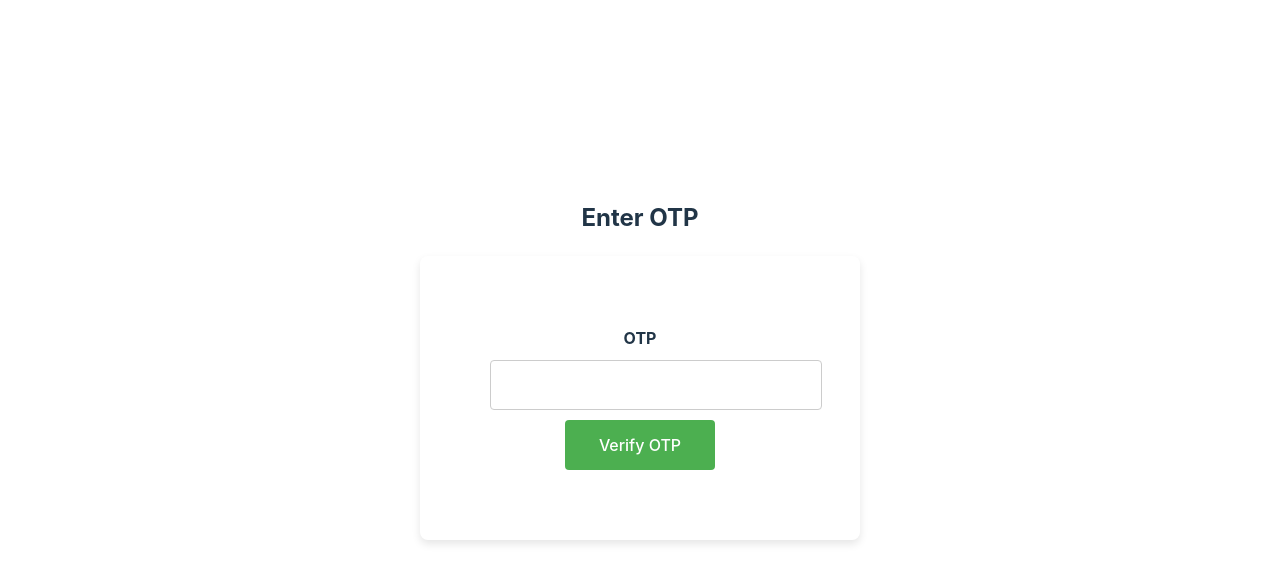
Repository: sarathraj2002/MockTest
Page: /check (app in Frontend/)
An editor plug-in stored every save of this project. The page is shown before and after a run of saves, followed by the edit.
The browser window is 1280 px wide. The pictures show the whole page.
The project was rebuilt for these pictures with package versions that can differ from the ones it lists, and the page was loaded fresh each time. Also part of the build but not shown: Frontend/vite.config.js, Frontend/src/components/Otp.jsx, Frontend/src/components/Home.jsx.

Above is the page before, as saved 2024-11-13 17:20:08.

### Frontend/index.html
<!doctype html>
<html lang="en">
  <head>
    <meta charset="UTF-8" />
    <link rel="icon" type="image/svg+xml" href="/vite.svg" />
    <meta name="viewport" content="width=device-width, initial-scale=1.0" />
    <title>MockTest</title>
  </head>
  <body>
    <div id="root"></div>
    <script type="module" src="/src/main.jsx"></script>
  </body>
</html>

### Frontend/src/main.jsx
import { StrictMode } from 'react'
import { createRoot } from 'react-dom/client'
import App from './App.jsx'
import './index.css'
import { BrowserRouter } from 'react-router-dom'


createRoot(document.getElementById('root')).render(
  <StrictMode>
     <BrowserRouter>
    <App />
    </BrowserRouter>
  </StrictMode>,
)

### Frontend/src/App.jsx
import { useState } from 'react'
import './App.css'
import Otp from './components/Otp'
import { Home } from './components/Home'
import { Route,Routes,useNavigate } from 'react-router-dom'
import Mail from './components/Mail'

function App() {
  const [email, setEmail] = useState('');
  const navigate = useNavigate();
  const handleEmailSubmit=(email)=>{
    setEmail(email);
    navigate('/check');
  }


  return (
    <>
    <Routes>
      <Route path='/' element={<Otp onEmailSubmit={handleEmailSubmit}/>}></Route>
      <Route path='/check' element={<Mail/>}></Route>
      <Route path='/home' element={<Home/>}></Route>
    </Routes>
    </>
  )
}

export default App

### Frontend/src/components/Mail.jsx
import React, { useState } from 'react';
import axios from 'axios';
import { useNavigate } from 'react-router-dom';

function OTPForm({ email, onOTPVerify }) {
  const [otp, setOtp] = useState('');
  const [errorMessage, setErrorMessage] = useState('');
  const navigate = useNavigate();

  const handleSubmit = async (e) => {
    e.preventDefault();

    try {
      const response = await axios.post('http://localhost:5000/api/verify-otp', {
        otp
      });
      const data = response.data;

      if (data.valid) {
        navigate('/home');
      } else {
        setErrorMessage(data.message || 'Invalid OTP. Please try again.');
      }
    } catch (error) {
      console.error('Error verifying OTP:', error);
      setErrorMessage('An error occurred while verifying OTP.');
    }
  };

  const formStyle = {
    width: '300px',
    margin: '0 auto',
    padding: '70px',
    backgroundColor: '',
    borderRadius: '8px',
    boxShadow: '0 4px 8px rgba(0, 0, 0, 0.1)',
  };

  const inputStyle = {
    width: '100%',
    padding: '15px',
    margin: '10px 0',
    borderRadius: '4px',
    border: '1px solid #ccc',
    fontSize: '16px',
  };

  const buttonStyle = {
    width: '50%',
    padding: '15px',

    backgroundColor: '#4CAF50',
    color: 'white',
    fontSize: '16px',
    border: 'none',
    borderRadius: '4px',
    cursor: 'pointer',
  };

  const buttonHoverStyle = {
    backgroundColor: '#45a049',
  };

  const errorMessageStyle = {
    color: 'red',
    marginTop: '10px',
    textAlign: 'center',
  };

  return (
    <div style={{ padding: '50px 20px', textAlign: 'center' }}>
      <h2 style={{ marginBottom: '20px' }}>Enter OTP</h2>
      <form onSubmit={handleSubmit} style={formStyle}>
        <label style={{ fontSize: '16px', fontWeight: 'bold', marginBottom: '10px' }}>OTP</label>
        <input
          type="text"
          value={otp}
          onChange={(e) => setOtp(e.target.value)}
          required
          maxLength="4"
          style={inputStyle}
        />
        <button type="submit" style={buttonStyle} onMouseEnter={(e) => e.target.style.backgroundColor = buttonHoverStyle.backgroundColor} onMouseLeave={(e) => e.target.style.backgroundColor = buttonStyle.backgroundColor}>
          Verify OTP
        </button>
      </form>
      {errorMessage && <p style={errorMessageStyle}>{errorMessage}</p>}
    </div>
  );
}

export default OTPForm;

Loaded but not shown: Frontend/src/index.css (common file); Frontend/src/App.css (common file)

After the next 4 saves:
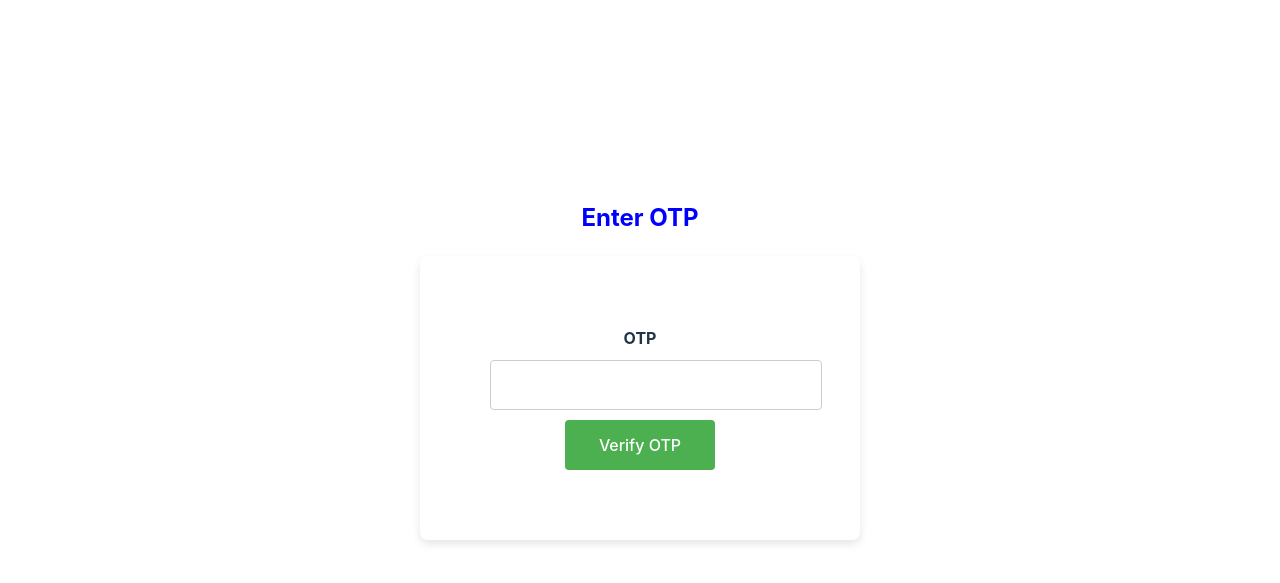
The 4 saves are shown as one change because they came seconds apart.
The last was saved 50 s later.
--- a/Frontend/src/components/Mail.jsx
+++ b/Frontend/src/components/Mail.jsx
@@ -69,7 +69,7 @@ function OTPForm({ email, onOTPVerify }) {
 
   return (
     <div style={{ padding: '50px 20px', textAlign: 'center' }}>
-      <h2 style={{ marginBottom: '20px' }}>Enter OTP</h2>
+      <h2 style={{ marginBottom: '20px',color:'blue' }}>Enter OTP</h2>
       <form onSubmit={handleSubmit} style={formStyle}>
         <label style={{ fontSize: '16px', fontWeight: 'bold', marginBottom: '10px' }}>OTP</label>
         <input
